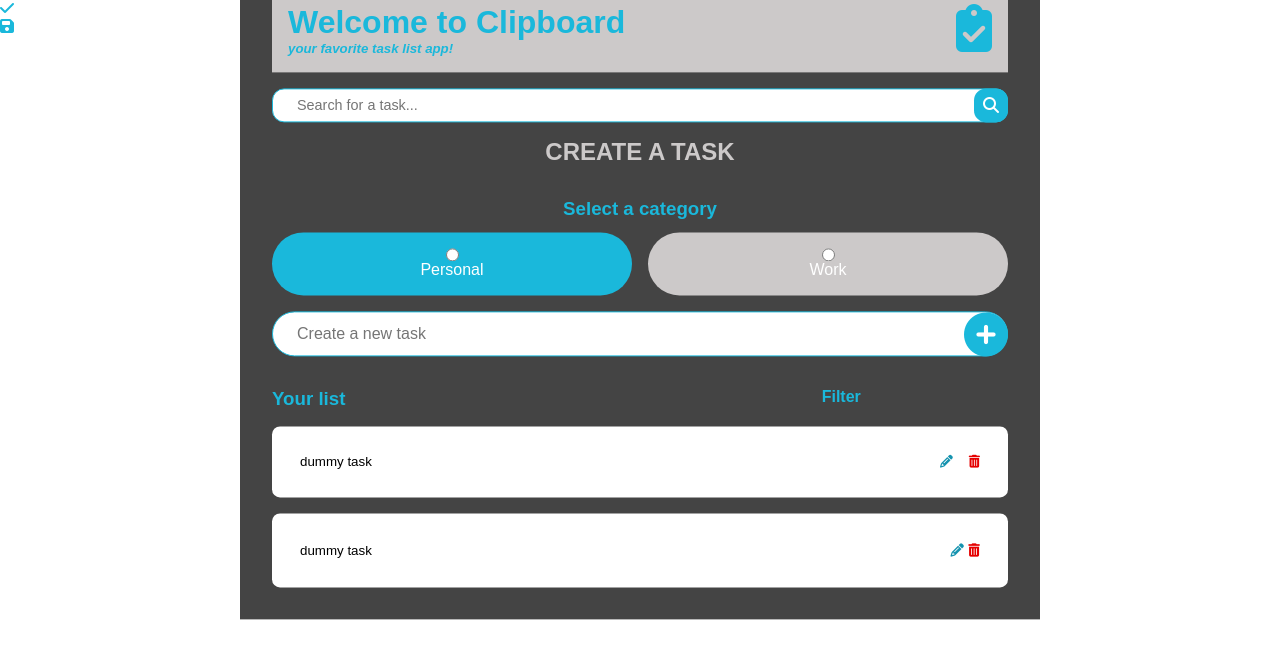
Repository: WesleyErasmus/Todo-App
Page: todoApp.html
These files come from the project's save history. The page is drawn as it stood at one moment and after the next save; the edit follows.
The browser window is 1280 px wide. The pictures show the whole page.
Some web libraries are served in a nearby version.

Above is the page before, as saved 2022-06-04 22:18:42.

After the next save:
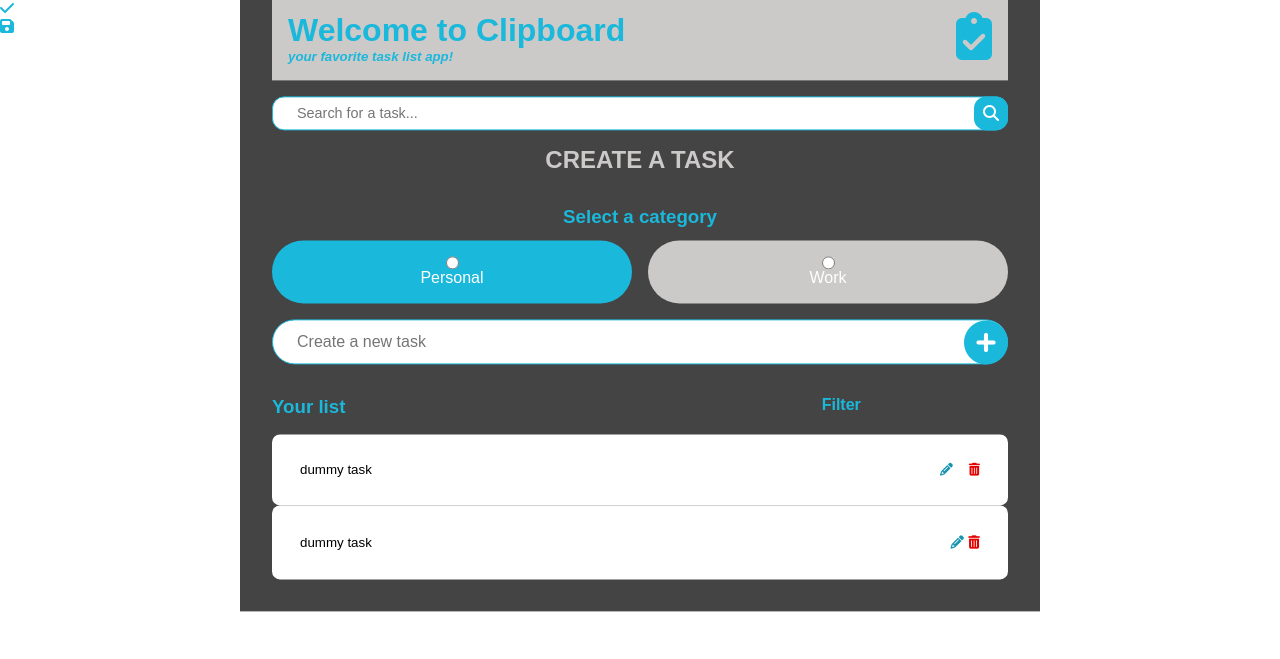
Saved 24 s later.
--- a/source/css/todoApp.css
+++ b/source/css/todoApp.css
@@ -209,12 +209,12 @@ margin-bottom: 1rem;
     background-color: var(--background-color);
     padding: 1.75rem;
     border-radius: 0.5rem;
-    margin-bottom: 1rem;
-}
-.dummy-task {
+    margin-bottom: 0rem;
+}
+/* .dummy-task {
     margin-bottom: 0;
     margin-top: 0;
-}
+} */
 
 .dummy-task .task-name {
     flex: 1 1 0%;
